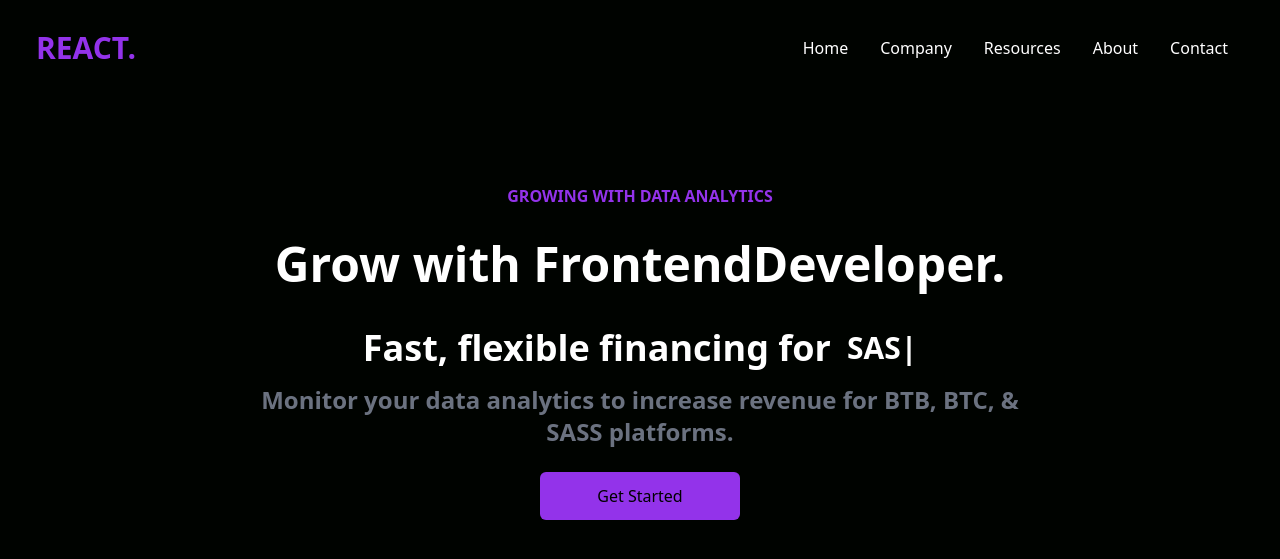
Repository: OmniaRafat232111121/tailwindreact
Page: /
The author's editor kept a copy of each file at every save. The page is drawn from the files as they stood at one save, then again after a run of saves.
The browser window is 1280 px wide. The pictures show the whole page.
The project was rebuilt for these pictures with package versions that can differ from the ones it lists, and the page was loaded fresh each time.

Above is the page before, as saved 2022-09-11 02:15:54.

After the next 6 saves:
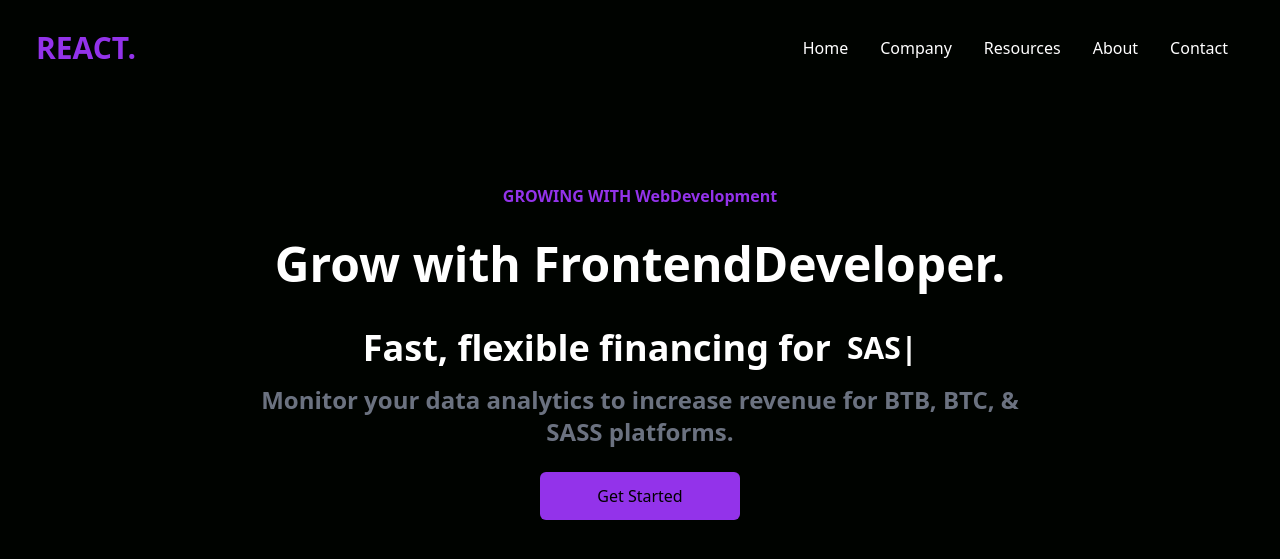
The 6 saves are shown as one change because they came seconds apart.
The last was saved 16 s later.
--- a/src/components/Hero.jsx
+++ b/src/components/Hero.jsx
@@ -6,7 +6,7 @@ const Hero = () => {
     <div className='text-white'>
       <div className='max-w-[800px] mt-[-96px] w-full h-screen mx-auto text-center flex flex-col justify-center'>
         <p className='text-purple-600 font-bold p-2'>
-          GROWING WITH DATA ANALYTICS
+          GROWING WITH WebDevelopment
         </p>
         <h1 className='md:text-5xl sm:text-6xl text-4xl font-bold md:py-6'>
           Grow with FrontendDeveloper.
